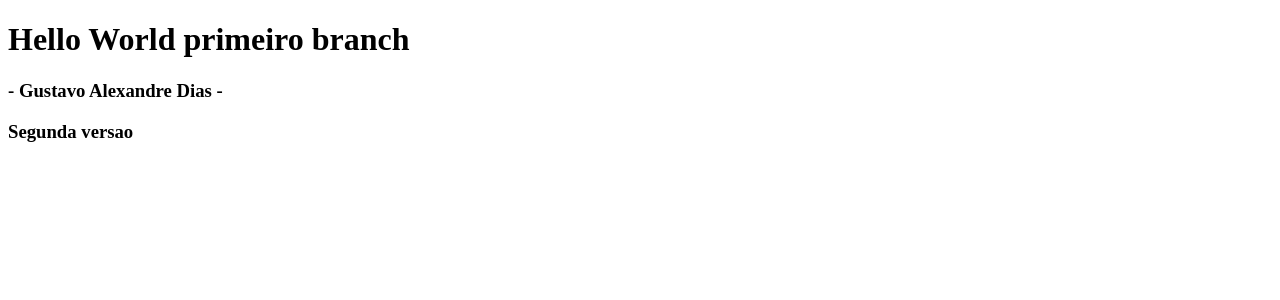
Repository: gustavo-eng/curso_git_1
Page: teste.html
An editor plug-in stored every save of this project. The page is shown before and after the next save, followed by the edit.
The browser window is 1280 px wide. The pictures show the whole page.

Above is the page before, as saved 2023-01-13 14:28:49.

### teste.html
<!DOCTYPE html>
<html lang="en">
<head>
    <meta charset="UTF-8">
    <meta http-equiv="X-UA-Compatible" content="IE=edge">
    <meta name="viewport" content="width=>, initial-scale=1.0">
    <script src="./teste2.js"></script>
    <title>Document</title>
</head>
<body>
    <h1>Hello World primeiro branch  </h1>
    <h3 > - Gustavo Alexandre Dias - </h3>
    <h3> Segunda versao  </h3>
</body>
</html>

### teste2.js
const h = document.querySelector('.nome')
const botao = document.querySelector('.btn')

if (botao){
    botao.addEventListener('click', (event) => {
        event.preventDefault();
        h.innerHTML  = 'Ola Gustavo'
    })

}



const soma = (a = 1, b = 1) => {
    return a + b
}

/* status.innerHTML = 'Status:Login Válido,sistema de busca logo embaixo. O formulário será apagado em alguns segundos';3*/

After the next save:
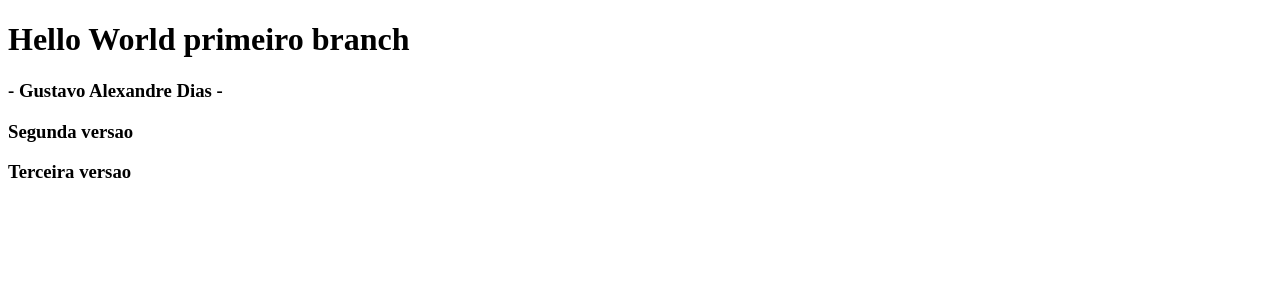
Saved 84 s later.
--- a/teste.html
+++ b/teste.html
@@ -11,5 +11,6 @@
     <h1>Hello World primeiro branch  </h1>
     <h3 > - Gustavo Alexandre Dias - </h3>
     <h3> Segunda versao  </h3>
+    <h3> Terceira versao  </h3>
 </body>
 </html>
